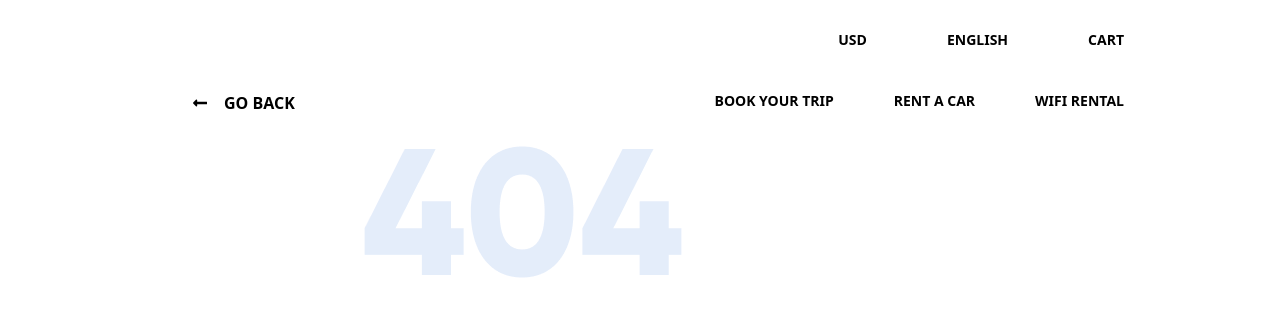
Repository: uh-sman/Iceland
Page: /
An editor plug-in stored every save of this project. The page is shown before and after the next save, followed by the edit.
The browser window is 1280 px wide. The pictures show the whole page.
The project was rebuilt for these pictures with package versions that can differ from the ones it lists, and the page was loaded fresh each time.

Above is the page before, as saved 2022-09-08 21:25:51.

### src/App.js
import logo from "./logo.svg";
import "./App.css";
import { Topnav } from "./components/Topnav";
import { FullNav } from "./components/FullNav";

function App() {
  return (
    <div className="App">
      <FullNav />
    </div>
  );
}

export default App;

### src/components/Topnav.js
import React from "react";

export const Topnav = () => {
  return (
    <div className="container w-full py-[30px]">
      <nav className="absolute right-[156px]">
        <ul className="space-x-20 text-sm font-semibold">
          <a href="">USD</a>
          <a href="">ENGLISH</a>
          <a href="">CART</a>
        </ul>
      </nav>
    </div>
  );
};

### src/components/FullNav.jsx
import React from "react";
import { Bottomnav } from "./Bottomnav";
import { Hero } from "./Hero";
import { Topnav } from "./Topnav";

export const FullNav = () => {
  return (
    <div>
      <Topnav />
      <Bottomnav />
      <Hero />
    </div>
  );
};

### src/components/Bottomnav.js
import React from "react";
import { FaLongArrowAltLeft } from "react-icons/fa";
export const Bottomnav = () => {
  return (
    <nav className="container w-full">
      <div className="py-[31px]">
        <div className="container">
          <h1 className="flex items-center gap-4 absolute left-[192px]">
            <FaLongArrowAltLeft />
            <a className=" cursor-pointer font-semibold text-md">GO BACK</a>
          </h1>
        </div>
        <div className="container">
          <div className="absolute right-[156px]">
            <ul className="space-x-[60px] text-sm font-semibold cursor-pointer">
              <a>BOOK YOUR TRIP</a>
              <a>RENT A CAR</a>
              <a>WIFI RENTAL</a>
            </ul>
          </div>
        </div>
      </div>
    </nav>
  );
};

### src/components/Hero.js
import React from "react";
import four from "../Assets/404.png";
export const Hero = () => {
  return (
    <div>
      <div>
        <img src={four} className="absolute left-[364px] top-[146px]" />
      </div>
    </div>
  );
};

### tailwind.config.js
/** @type {import('tailwindcss').Config} */
module.exports = {
  content: ["./src/**/*.{html,js,jsx}"],
  theme: {
    screens: {
      sm: "480px",
      md: "768px",
      lg: "976px",
      xl: "1440px",
    },
    extend: {},
  },
  plugins: [],
};

Loaded but not shown: public/index.html (common file); src/index.js (common file); src/index.css (common file); src/App.css (common file)

After the next save:
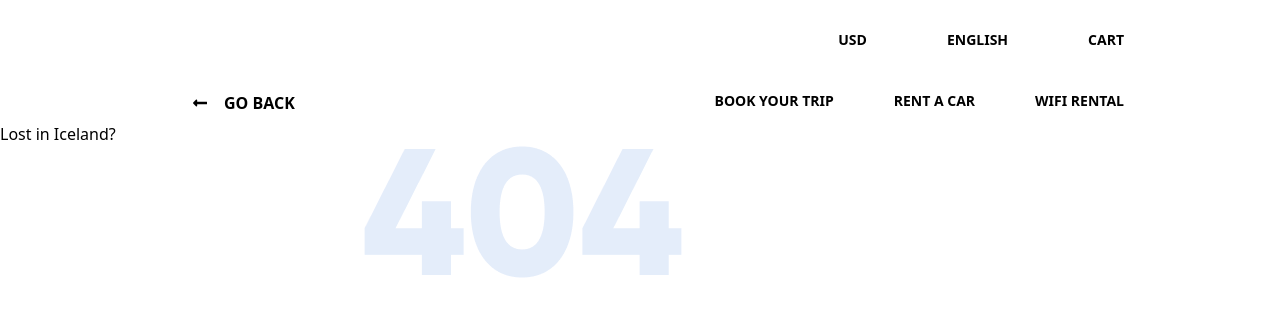
Saved 2 min 4 s later.
--- a/src/components/Hero.js
+++ b/src/components/Hero.js
@@ -6,6 +6,9 @@ export const Hero = () => {
       <div>
         <img src={four} className="absolute left-[364px] top-[146px]" />
       </div>
+      <div>
+        <h1>Lost in Iceland?</h1>
+      </div>
     </div>
   );
 };
